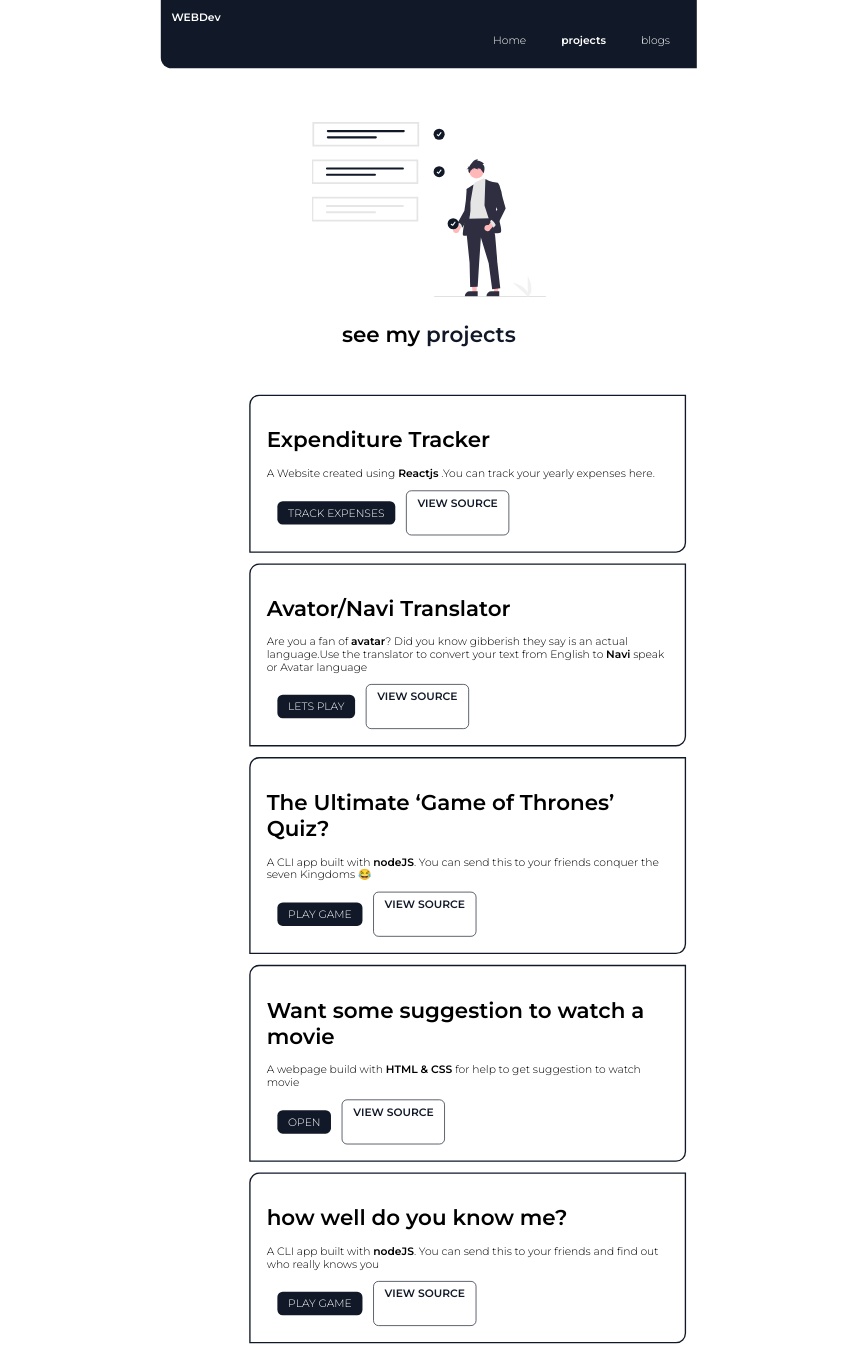
Repository: sohan2503001/Portfolio
Page: projects.html
The author's editor kept a copy of each file at every save. The page is drawn from the files as they stood at one save, then again after the next save.
The browser window is 1280 px wide. The pictures show the whole page, at 67% of full size.

Above is the page before, as saved 2021-05-11 18:27:23.

After the next save:
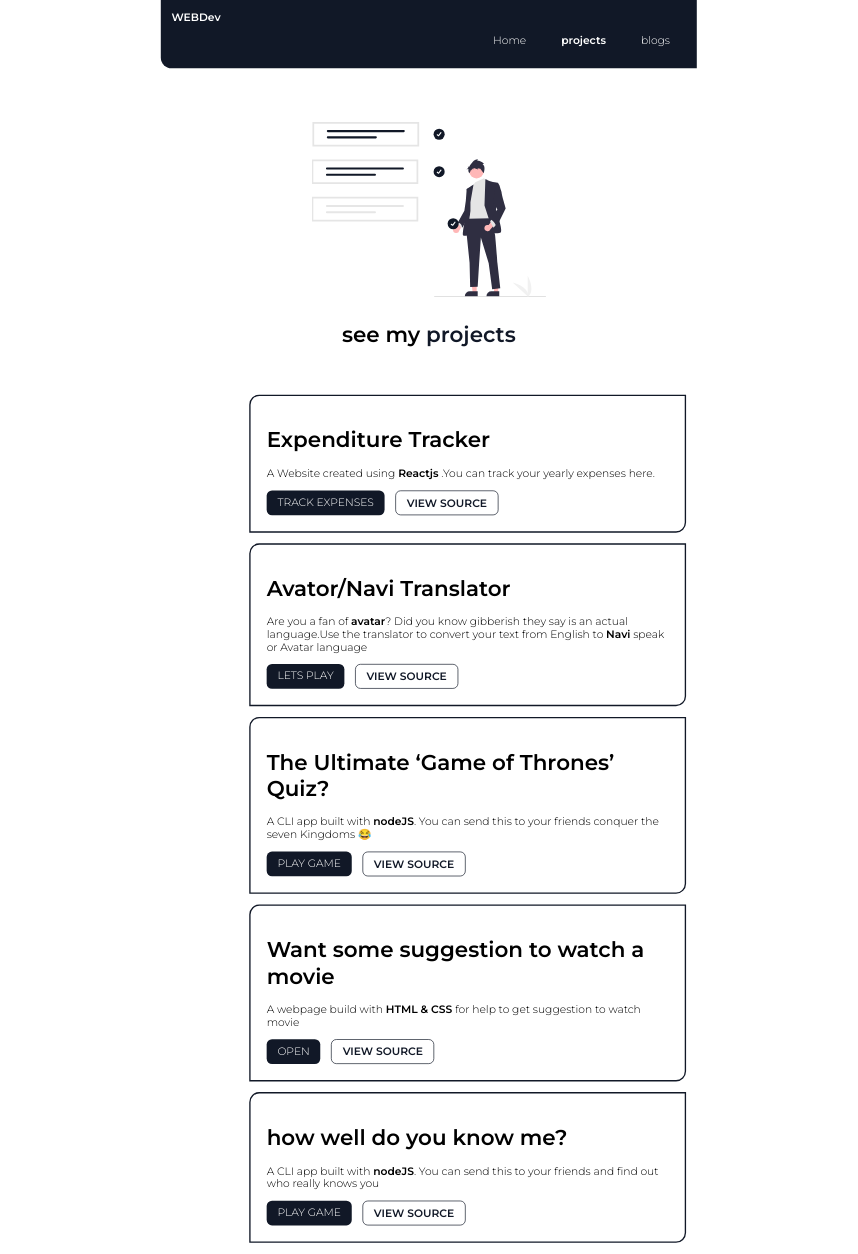
Saved 24 s later.
--- a/style.css
+++ b/style.css
@@ -165,5 +165,5 @@ hr{
 }
 
 .name-link{
-    margin: 1rem;
+    margin-right: 1rem;
 }
